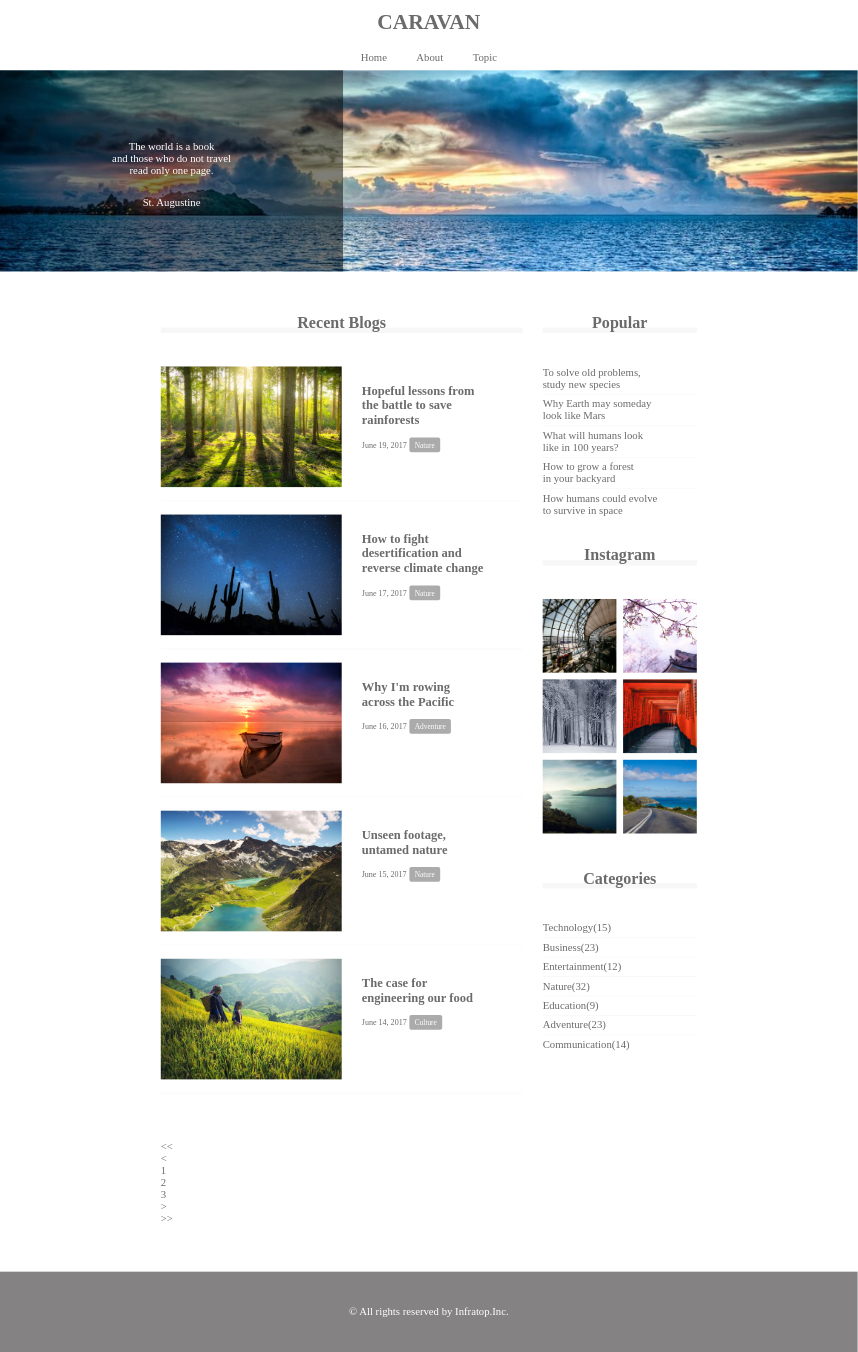
Repository: macchi-ro/-1
Page: caravan/index.html
The author's editor kept a record of every edit. The page is drawn from the files as they stood at one moment, then again after the next edit.
The browser window is 1280 px wide. The pictures show the whole page, at 67% of full size.
Some web libraries are served in a nearby version.

Above is the page before.

### caravan/index.html
<!DOCTYPE html>
<html lang="ja">
  <head>
    <meta charset="UTF-8" />

    <!-- FontAwesomeの読み込み -->
    <script src="https://kit.fontawesome.com/1411ab0f97.js" crossorigin="anonymous"></script>
    <!-- CSSファイルの読み込み -->
    <link rel="stylesheet" href="style.css" />
    <title>CARAVAN</title>

    <div class="social"></div>
  </head>

  <body>
    <!-- header -->
    <header>
      <h1 class="heading">
        <a href="index.html">
          CARAVAN
        </a>
      </h1>
    </header>

    <!-- navigation -->
    <nav>
      <ul class="nav-list">
        <li class="nav-list-item">
          <a href="index.html">Home</a>
        </li>
        <li class="nav-list-item">About</li>
        <li class="nav-list-item">Topic</li>
      </ul>
    </nav>

    <!-- main-visual用のdiv -->
    <div class="main-visual">
      <div class="main-visual-content">
        <p class="main-visual-text">
          The world is a book<br />
          and those who do not travel<br />
          read only one page.
        </p>
        <p class="main-visual-name">
          St. Augustine
        </p>
      </div>
    </div>

    <!-- main用のdiv -->
    <main>
      <section class="blog">
        <h2 class="blog-heading">Recent Blogs</h2>
        <div class="blog-box">
          <div class="blog-item">
            <img class="blog-image" src="img/forest.jpg" />
            <section class="blog-text">
              <h3 class="blog-text-heading">
                <a href="single.html">
                  Hopeful lessons from<br />
                  the battle to save<br />
                  rainforests
                </a>
              </h3>
              <p class="blog-date">June 19, 2017</p>
              <span class="category">Nature</span>
            </section>
          </div>
          <div class="blog-item">
            <img class="blog-image" src="img/desert.jpg" />
            <section class="blog-text">
              <h3 class="blog-text-heading">
                <a href="single.html">
                  How to fight<br />
                  desertification and<br />
                  reverse climate change
                </a>
              </h3>
              <p class="blog-date">June 17, 2017</p>
              <span class="category">Nature</span>
            </section>
          </div>
          <div class="blog-item">
            <img class="blog-image" src="img/sunset.jpg" />
            <section class="blog-text">
              <h3 class="blog-text-heading">
                <a href="single.html">
                  Why I'm rowing<br />
                  across the Pacific
                </a>
              </h3>
              <p class="blog-date">June 16, 2017</p>
              <span class="category">Adventure</span>
            </section>
          </div>
          <div class="blog-item">
            <img class="blog-image" src="img/italy.jpg" />
            <section class="blog-text">
              <h3 class="blog-text-heading">
                <a href="single.html">
                  Unseen footage,<br />
                  untamed nature
                </a>
              </h3>
              <p class="blog-date">June 15, 2017</p>
              <span class="category">Nature</span>
            </section>
          </div>
          <div class="blog-item">
            <img class="blog-image" src="img/asia.jpg" />
            <section class="blog-text">
              <h3 class="blog-text-heading">
                <a href="single.html">
                  The case for<br />
                  engineering our food
                </a>
              </h3>
              <p class="blog-date">June 14, 2017</p>
              <span class="category">Culture</span>
            </section>
          </div>
        </div>
        <div class="pagination">
          <p><<</p>
          <p><</p>
          <p>1</p>
          <p>2</p>
          <p>3</p>
          <p>></p>
          <p>>></p>
        </div>
      </section>
      <div class="sidebar">
        <section class="popular">
          <h2 class="popular-heading common-heading">Popular</h2>
          <div class="sidebar-contents">
            <p class="popular-text">
              To solve old problems,<br />study new species
            </p>
            <p class="popular-text">
              Why Earth may someday<br />look like Mars
            </p>
            <p class="popular-text">
              What will humans look<br />like in 100 years?
            </p>
            <p class="popular-text">
              How to grow a forest<br />in your backyard
            </p>
            <p class="popular-text">
              How humans could evolve<br />to survive in space
            </p>
          </div>
        </section>
        <section class="instagram">
          <h2 class="instagram-heading common-heading">Instagram</h2>
          <div class="sidebar-contents">
            <div class="instagram-box"></div>
            <div class="instagram-box"></div>
            <div class="instagram-box"></div>
            <div class="instagram-box"></div>
            <div class="instagram-box"></div>
            <div class="instagram-box"></div>
          </div>
        </section>
        <section class="categories">
          <h2 class="categories-heading common-heading">Categories</h2>
          <div class="sidebar-contents">
            <p class="categories-text">Technology(15)</p>
            <p class="categories-text">Business(23)</p>
            <p class="categories-text">Entertainment(12)</p>
            <p class="categories-text">Nature(32)</p>
            <p class="categories-text">Education(9)</p>
            <p class="categories-text">Adventure(23)</p>
            <p class="categories-text">Communication(14)</p>
          </div>
        </section>
      </div>
    </main>

    <!-- footer -->
    <footer>
      <p class="footer-text">© All rights reserved by Infratop.Inc.</p>
    </footer>
  </body>
</html>

### caravan/style.css
/* ブラウザがそれぞれ持っているCSSをリセットするための記述 */
* {
  margin: 0;
  padding: 0;
  box-sizing: border-box;
  color: #6c6b6b;
}

a {
  text-decoration: none;
}

header {
  width: 90%; /* 横幅90% */
  padding: 15px 0;
  margin: 0 auto;
  text-align: center;
}

header .heading {
  /* headerタグ内のheadingクラスにのみ反映される */
  font-size: 32px;
}

.nav-list {
  text-align: center;
  padding: 10px 0;
  margin: 0 auto;
}

.nav-list-item {
  list-style: none;
  display: inline-block;
  margin: 0 20px;
}

.main-visual {
  width: 100%; /* 横幅いっぱい */
  height: 300px; /* 高さ300px */
  background-image: url(img/mv.jpg);
  background-size: cover; /* 縦横比を維持したまま背景領域を埋め尽くす */
  background-position: center; /* 背景画像を中央に配置 */
}

.main-visual-content {
  width: 40%; /* 横幅40% */
  height: 300px; /* 親の高さに揃える */
  background-color: rgba(0, 0, 0, 0.5); /* 背景色を半透明の黒にする */
  text-align: center; /* 文字を中央揃えにする */
  padding-top: 105px; /* 上側の内側余白で垂直方向の位置を調整 */
}

.main-visual-text {
  color: #fff; /* 文字色を白に変更 */
}

.main-visual-name {
  margin-top: 30px; /* 上側の外側の余白 */
  color: #fff; /* 文字色を白に変更 */
}

main {
  width: 800px; /* 横幅800px */
  display: flex; /* Flexboxの利用 */
  justify-content: center; /* 要素の横並び・中央寄せ */
  margin: 0 auto; /* 要素の中央揃え */
  padding: 70px 0; /* 上下に70px、左右に0pxの内側余白 */
}

.blog {
  width: 540px;
  margin-right: 30px; /* 領域の右側余白 */
}

.blog-heading {
  border-bottom: 8px solid #f7f7f7;
  text-align: center;
  line-height: 0.6;
}

.blog-box {
  padding-top: 50px;
}

.blog-item {
  padding-bottom: 20px;
  margin-bottom: 20px;
  border-bottom: 1px solid #f7f7f7;
  display: flex;
  justify-content: flex-start;
}

.blog-image {
  height: 180px;
}

.blog-text {
  padding: 25px 0 0 30px;
}

.blog-text-heading {
  padding-bottom: 15px;
}

.blog-date {
  font-size: 12px;
  display: inline-block;
}

.category {
  display: inline-block;
  padding: 5px 8px;
  background-color: #acabab;
  border-radius: 3px;
  color: #fff;
  font-size: 11px;
}

.pagination {
  text-aligen: center;
  padding-top: 50px;
}

.pagination p {

}
.sidebar {
  width: 230px;
}

.common-heading {
  border-bottom: 8px solid #f7f7f7;
  text-align: center;
  line-height: 0.6;
}

.sidebar-contents {
  padding: 50px 0;
}

.popular-text,
.categories-text {
  padding-bottom: 5px;
  border-bottom: 1px solid #f7f7f7;
  margin-bottom: 5px;
}

.popular-text:last-child,
.categories-text:last-child {
  margin: 0;
  padding: 0;
  border: none;
}

.instagram .sidebar-contents {
  display: flex;
  flex-wrap: wrap;
}

.instagram-box {
  width: 110px;
  padding-top: 110px;
  background-size: cover;
  background-position: center;
  margin-bottom: 10px;
}

.instagram-box:nth-child(odd) {
  margin: 0 10px 10px 0;
}

.instagram-box:nth-child(1) {
  background-image: url(img/airport.jpg);
}

.instagram-box:nth-child(2) {
  background-image: url(img/japan.jpg);
}

.instagram-box:nth-child(3) {
  background-image: url(img/snow.jpg);
}

.instagram-box:nth-child(4) {
  background-image: url(img/japan2.jpg);
}

.instagram-box:nth-child(5) {
  background-image: url(img/lake.jpg);
}

.instagram-box:nth-child(6) {
  background-image: url(img/road.jpg);
}
footer {
  width: 100%;
  height: 120px;
  text-align: center;
  line-height: 120px;
  background-color: #848282;
}

.footer-text {
  color: #fff;
}

After the next edit:
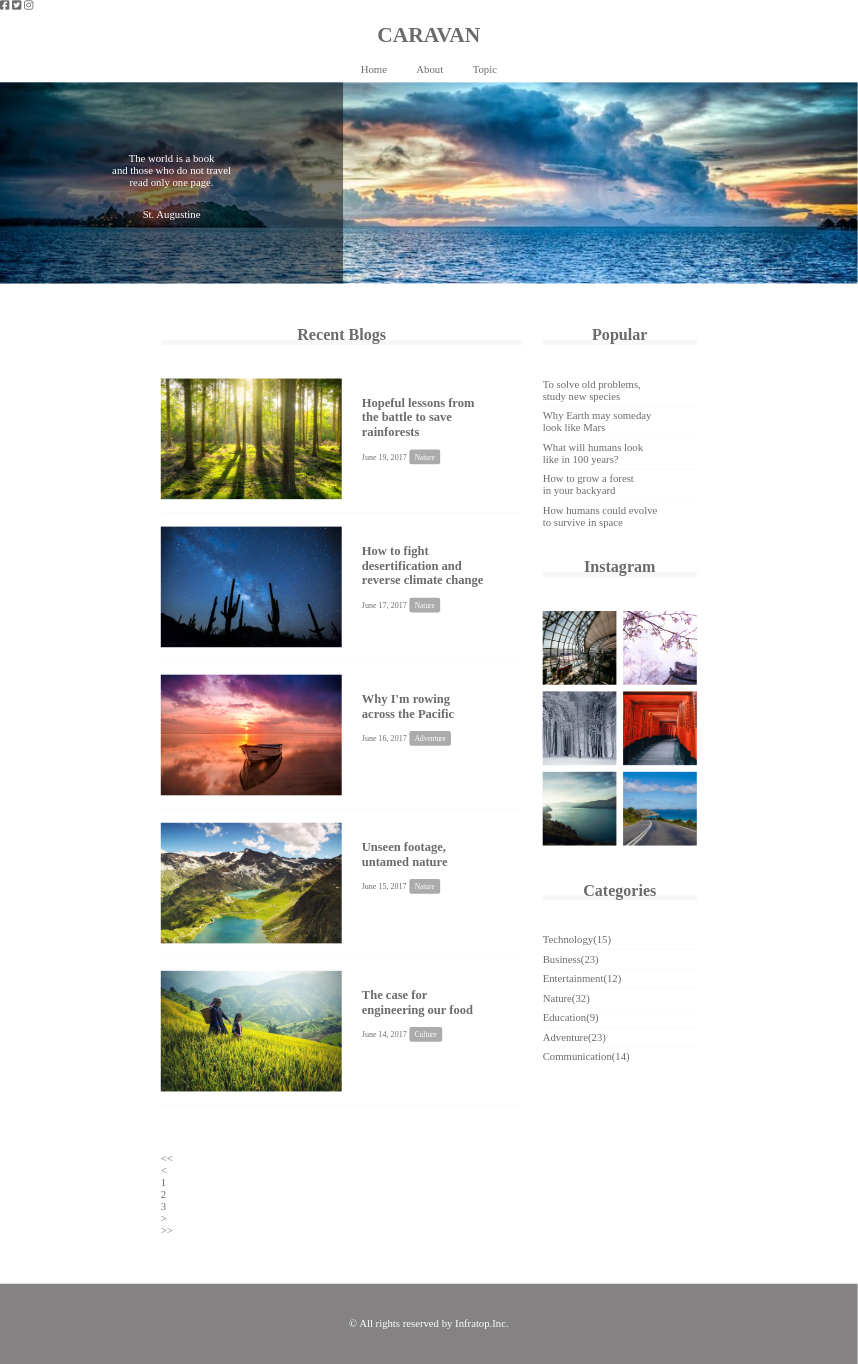
The edit:
--- a/caravan/index.html
+++ b/caravan/index.html
@@ -9,7 +9,11 @@
     <link rel="stylesheet" href="style.css" />
     <title>CARAVAN</title>
 
-    <div class="social"></div>
+    <div class="social">
+     <i class="fab fa-facebook-square"></i>
+     <i class="fab fa-twitter-square"></i>
+    <i class="fab fa-instagram"></i>
+    </div>
   </head>
 
   <body>

After the edit that followed:
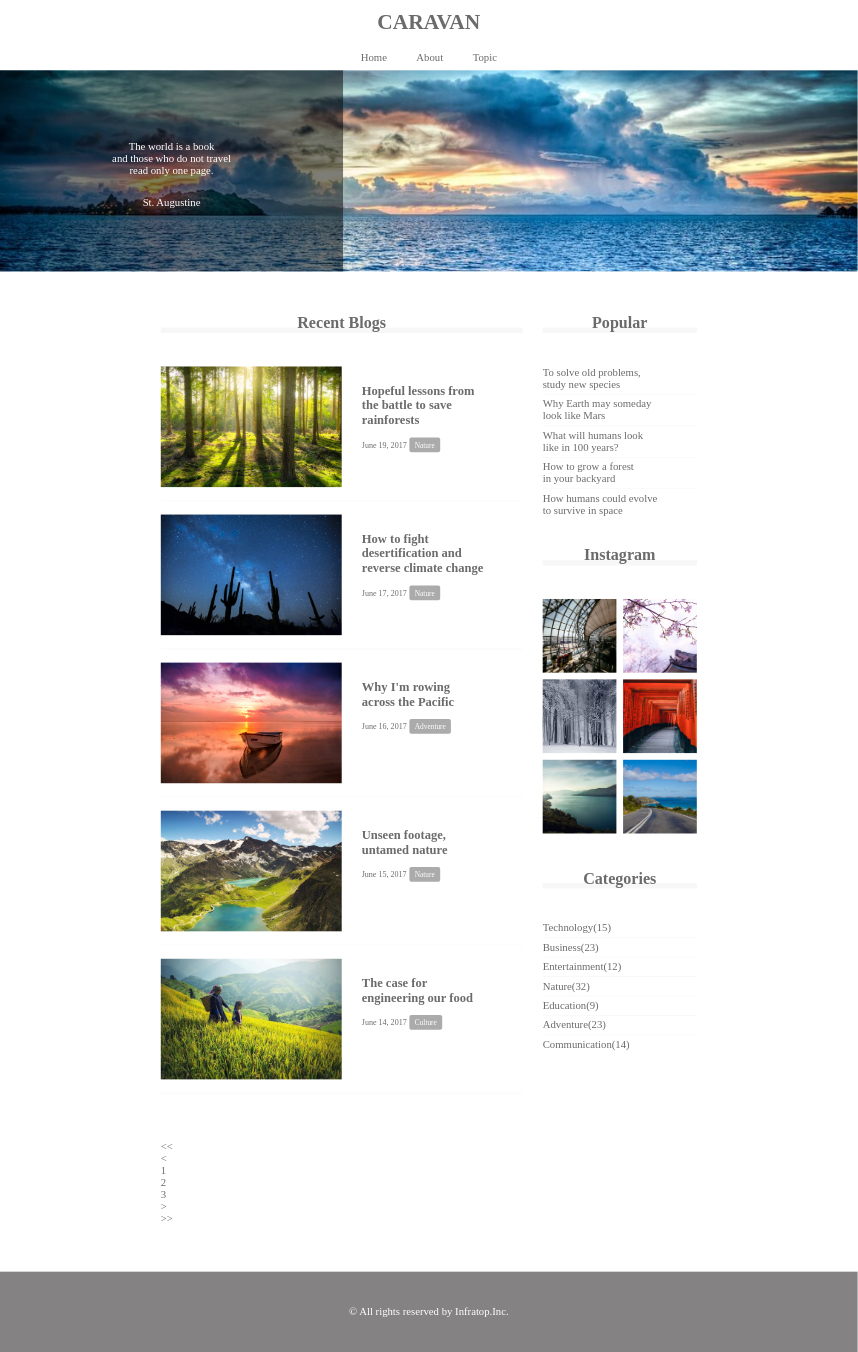
The edit:
--- a/caravan/index.html
+++ b/caravan/index.html
@@ -9,11 +9,7 @@
     <link rel="stylesheet" href="style.css" />
     <title>CARAVAN</title>
 
-    <div class="social">
-     <i class="fab fa-facebook-square"></i>
-     <i class="fab fa-twitter-square"></i>
-    <i class="fab fa-instagram"></i>
-    </div>
+
   </head>
 
   <body>
